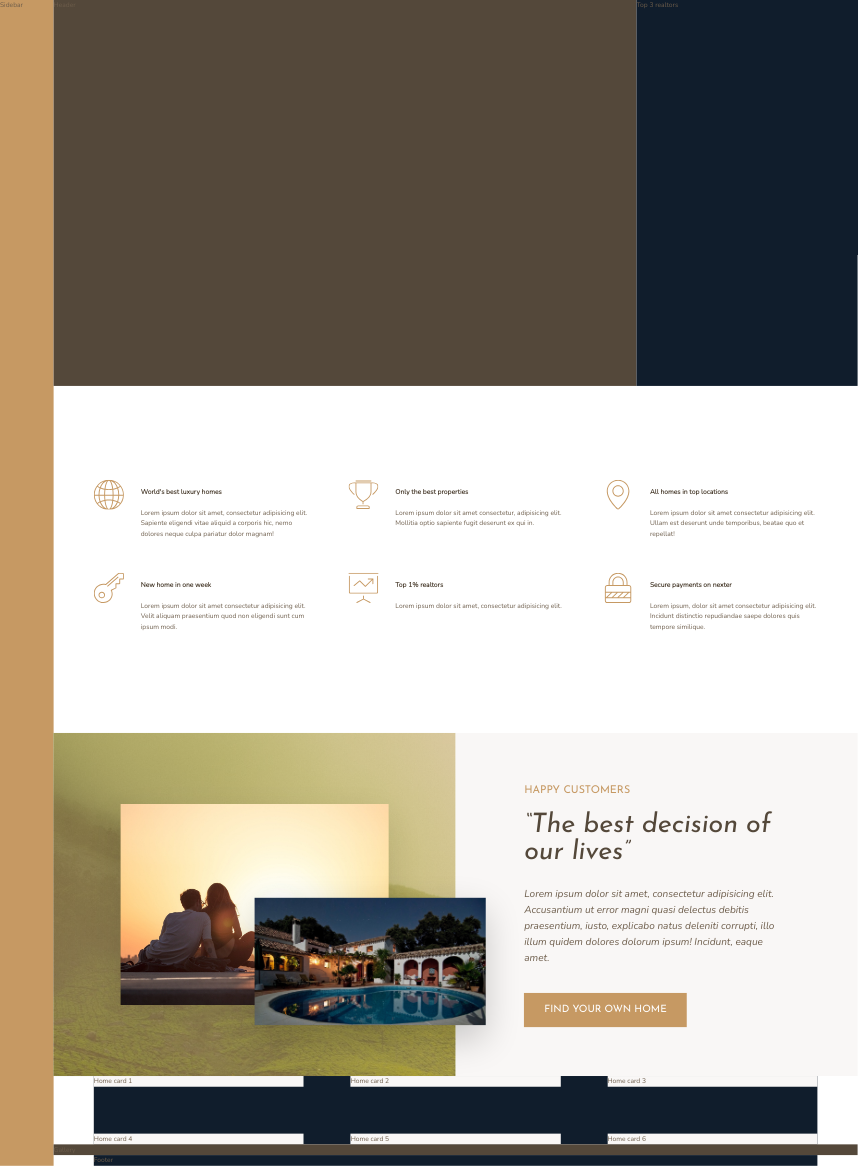
Repository: achwesiuk/nexter
Page: index.html
These files come from the project's save history. The page is drawn as it stood at one moment and after the next save; the edit follows.
The browser window is 1280 px wide. The pictures show the whole page, at 67% of full size.
The style sheet was rebuilt from its Sass, Less or Tailwind sources for each picture, by a compiler version that may differ from the author's.

Above is the page before, as saved 2021-02-23 14:09:59.

### index.html
<!DOCTYPE html>
<html lang="en">
    <head>
        <meta charset="UTF-8">
        <meta name="viewport" content="width=device-width, initial-scale=1.0">
        <meta http-equiv="X-UA-Compatible" content="ie=edge">

        <link href="https://fonts.googleapis.com/css?family=Josefin+Sans:300,400,400i|Nunito:300,300i" rel="stylesheet">
        <link rel="stylesheet" href="css/style.css">
        <link rel="shortcut icon" type="image/png" href="img/favicon.png">

        <title>nexter &mdash; your home, your freedom</title>
    </head>
    <body class="container">
        <div class="sidebar">
            Sidebar
        </div>

        <header class="header">
            Header
        </header>

        <div class="realtors">
            Top 3 realtors
        </div>

        <section class="features">
            <div class="feature">
                <svg class="feature__icon">
                    <use xlink:href="img/sprite.svg#icon-global"></use>
                </svg>
                <h4 class="heading-4--dark">World's best luxury homes</h4>
                <p class="feature-text">Lorem ipsum dolor sit amet, consectetur adipisicing elit. Sapiente eligendi vitae aliquid a corporis hic, nemo dolores neque culpa pariatur dolor magnam!</p>
            </div>
            <div class="feature">
                <svg class="feature__icon">
                    <use xlink:href="img/sprite.svg#icon-trophy"></use>
                </svg>
                <h4 class="heading-4--dark">Only the best properties</h4>
                <p class="feature-text">Lorem ipsum dolor sit amet consectetur, adipisicing elit. Mollitia optio sapiente fugit deserunt ex qui in.</p>
            </div>
            <div class="feature">
                <svg class="feature__icon">
                    <use xlink:href="img/sprite.svg#icon-map-pin"></use>
                </svg>
                <h4 class="heading-4--dark">All homes in top locations</h4>
                <p class="feature-text">Lorem ipsum dolor sit amet consectetur adipisicing elit. Ullam est deserunt unde temporibus, beatae quo et repellat!</p>
            </div>
            <div class="feature">
                <svg class="feature__icon">
                    <use xlink:href="img/sprite.svg#icon-key"></use>
                </svg>
                <h4 class="heading-4--dark">New home in one week</h4>
                <p class="feature-text">Lorem ipsum dolor sit amet consectetur adipisicing elit. Velit aliquam praesentium quod non eligendi sunt cum ipsum modi.</p>
            </div>
            <div class="feature">
                <svg class="feature__icon">
                    <use xlink:href="img/sprite.svg#icon-presentation"></use>
                </svg>
                <h4 class="heading-4--dark">Top 1% realtors</h4>
                <p class="feature-text">Lorem ipsum dolor sit amet, consectetur adipisicing elit.</p>
            </div>
            <div class="feature">
                <svg class="feature__icon">
                    <use xlink:href="img/sprite.svg#icon-lock"></use>
                </svg>
                <h4 class="heading-4--dark">Secure payments on nexter</h4>
                <p class="feature-text">Lorem ipsum, dolor sit amet consectetur adipisicing elit. Incidunt distinctio repudiandae saepe dolores quis tempore similique.</p>
            </div>
        </section>

        <div class="story__pictures">
            <img src="img/story-1.jpeg" alt="Couple with new house" class="story__img--1">
            <img src="img/story-2.jpeg" alt="New house" class="story__img--2">
        </div>

        <div class="story__content">
            <h3 class="heading-3 mb-sm">Happy Customers</h3>
            <h2 class="heading-2 heading-2--dark mb-md">&ldquo;The best decision of our lives&rdquo;</h2>
            <p class="story__text">
                Lorem ipsum dolor sit amet, consectetur adipisicing elit. Accusantium ut error magni quasi delectus debitis praesentium, iusto, explicabo natus deleniti corrupti, illo illum quidem dolores dolorum ipsum! Incidunt, eaque amet.
            </p>
            <button class="btn">Find your own home</button>
        </div>

        <section class="homes">
            <div class="home">Home card 1</div>
            <div class="home">Home card 2</div>
            <div class="home">Home card 3</div>
            <div class="home">Home card 4</div>
            <div class="home">Home card 5</div>
            <div class="home">Home card 6</div>
        </section>

        <section class="gallery">
            Gallery
        </section>

        <footer>
            Footer
        </footer>
    </body>
</html>

### sass/main.scss
@import "base";
@import "typography";

@import "sidebar";
@import "header";
@import "realtors";
@import "features";
@import "story";
@import "homes";
@import "gallery";
@import "footer";

### sass/_base.scss
// COLOR VARIABLES
$color-primary: #c69963;
$color-primary-dark: #B28451;

$color-secondary: #101d2c;

$color-grey-light-1: #f9f7f6;
$color-grey-light-2: #aaa;

$color-grey-dark-1: #54483A;
$color-grey-dark-2: #6D5D4B;

// FONT VARIABLES
$font-primary: 'Nunito', sans-serif;
$font-display: 'Josefin Sans', sans-serif;

*,
*::before,
*::after {
    margin: 0;
    padding: 0;
    -webkit-box-sizing: inherit;
            box-sizing: inherit; //dziedziczy po HTML
}

html {
    -webkit-box-sizing: border-box;
            box-sizing: border-box;
    font-size: 62.5%; // 10px / 16px = 62.5% -> 1rem = 10px
}

body {
    font-family: $font-primary;
    color: $color-grey-dark-2;
    font-weight: 300;
    line-height: 1.6;
}

.container {
    display: grid;
    grid-template-rows: 80vh min-content 40vw repeat(3, min-content); // 1.wiersz - wysokość wiersza jest wartością procentową vh; jest to siatka jawna z jednym wierszem, pozostałe elementy będą dodane w siatce niejawnej (elementy, które nie mają miejsca w siatce jawnej)
    // 2. wiersz - wysokość wiersza uzależniona od zawartej w nim treści
    // 2. auto - domyślne, jeżeli nic nie będzie określone; również dopasowuje się do treści
    // 3. wiersz - wiersz uzależniony od szerokości układu (podczas zmiany szerokości widoku zmieniają się wymiary wiersza - zwęża się, rośnie)
    // 4, 5, 6 - wysokość wiersza uzależnione od jego zawartości
    grid-template-columns: [sidebar-start] 8rem [sidebar-end full-start] minmax(6rem, 1fr) [center-start] repeat(8, [col-start] minmax(min-content, 14rem) [col-end]) [center-end] minmax(6rem, 1fr) [full-end];
}

### sass/_typography.scss
%heading { //extended działa przeciwnie do mixin; selektory (heading-1 etc.) są kopiowane to selektora na górze
    font-family: $font-display;
    font-weight: 400;
}

.heading-1 {
    @extend %heading;
}

.heading-2 {
    @extend %heading;
    font-size: 4rem;
    font-style: italic;
    line-height: 1;

    &--light {color: $color-grey-light-1;}
    &--dark {color: $color-grey-dark-1;}
}

.heading-3 {
    @extend %heading;
    font-size: 1.6rem;
    color: $color-primary;
    text-transform: uppercase;
}

.heading-4 {
    @extend %heading;
    font-size: 1.9rem;

    &--light {color: $color-grey-light-1;}
    &--dark {color: $color-grey-dark-1;}
}

.btn {
    background-color: $color-primary;
    color: #fff;
    border: none;
    border-radius: 0; //z założenia przyciski mają ustawiony jakiś kąt
    font-family: $font-display;
    font-size: 1.5rem;
    text-transform: uppercase;
    padding: 1.8rem 3rem;
    cursor: pointer;

    transition: all .2s;

    &:hover {
        background-color: $color-primary-dark;
    }
}

.mb-sm {margin-bottom: 2rem;}
.mb-md {margin-bottom: 3rem;}
.mb-lg {margin-bottom: 4rem;}
.mb-hg {margin-bottom: 8rem;}

### sass/_sidebar.scss
.sidebar {
    background-color: $color-primary;
    grid-column: sidebar-start / sidebar-end;
    grid-row: 1 / -1;
}

### sass/_header.scss
.header {
    background-color: $color-grey-dark-1;
    grid-column: full-start / col-end 6;
}

### sass/_realtors.scss
.realtors {
    background-color: $color-secondary;
    grid-column: col-start 7 / full-end;
}

### sass/_features.scss
.features {
    grid-column: center-start / center-end;

    margin: 15rem 0;

    display: grid;
    //grid-template-columns: repeat(3, 1fr);
    grid-template-columns: repeat(auto-fit, minmax(25rem, 1fr));
    //grid-template-rows: auto auto; niepotrzebne, ponieważ wiersze i tak układają się w ten sposób
    grid-gap: 6rem;
    align-items: start;
}

.feature {

    display: grid;
    grid-template-columns: min-content 1fr; //min-content odnosi się do wymiarów ikony
    //nie trzeba określać wierszy, mają mieć wielkość zawartej w nich treści
    grid-row-gap: 1.5rem;
    grid-column-gap: 2.5rem;

    &__icon {
        fill: $color-primary;
        width: 4.5rem;
        height: 4.5rem;
        transform: translateY(-1rem);

        //grid-row: 1 / -1; // -1 oznacza koniec JAWNEJ SIATKI, a tutaj jest niejawna
        grid-row: -1 / span 2;
    }

    &__text {
        font-size: 1.7rem;
    }
}

### sass/_story.scss
.story {

    &__pictures {
        background-color: $color-primary;
        grid-column: full-start / col-end 4;
        background-image: linear-gradient(rgba($color-primary, .5), rgba($color-primary, .5)),  url(../img/back.jpg); //używam dwóch takich samych kolorów - kolor przechodzi z jednego koloru na drugi

        display: grid;
        grid-template-rows: repeat(6, 1fr);
        grid-template-columns: repeat(6, 1fr);

        align-items: center;
    }

    &__img--1 {
        width: 100%;
        grid-row: 2 / 6;
        grid-column: 2 / 6;
        box-shadow: 0 2rem 5rem rgba(#000, .1);
    }

    &__img--2 {
        width: 115%;
        grid-row: 4 / 6;
        grid-column: 4 / 7;
        z-index: 20;
        box-shadow: 0 2rem 5rem rgba(#000, .2);
    }

    &__content {
        background-color: $color-grey-light-1;
        grid-column: col-start 5 / full-end;

        padding: 6rem 8vw;

        /*
        display: flex;
        flex-direction: column;
        justify-content: center;
        align-items: flex-start;
        */

        display: grid;
        align-content: center;
        justify-items: start;
    }

    &__text {
        font-size: 1.5rem;
        font-style: italic;
        margin-bottom: 4rem;
    }
}

### sass/_homes.scss
.homes {
    background-color: $color-secondary;
    grid-column: center-start / center-end;

    display: grid;
    grid-template-columns: repeat(auto-fit,minmax(25rem, 1fr));
    grid-gap: 7rem;
}

.home {
    background-color: $color-grey-light-1;
}

### sass/_gallery.scss
.gallery {
    background-color: $color-grey-dark-1;
    grid-column: full-start / full-end;
}

### sass/_footer.scss
footer {
    background-color: $color-secondary;
    grid-column: center-start / center-end;
}

After the next save:
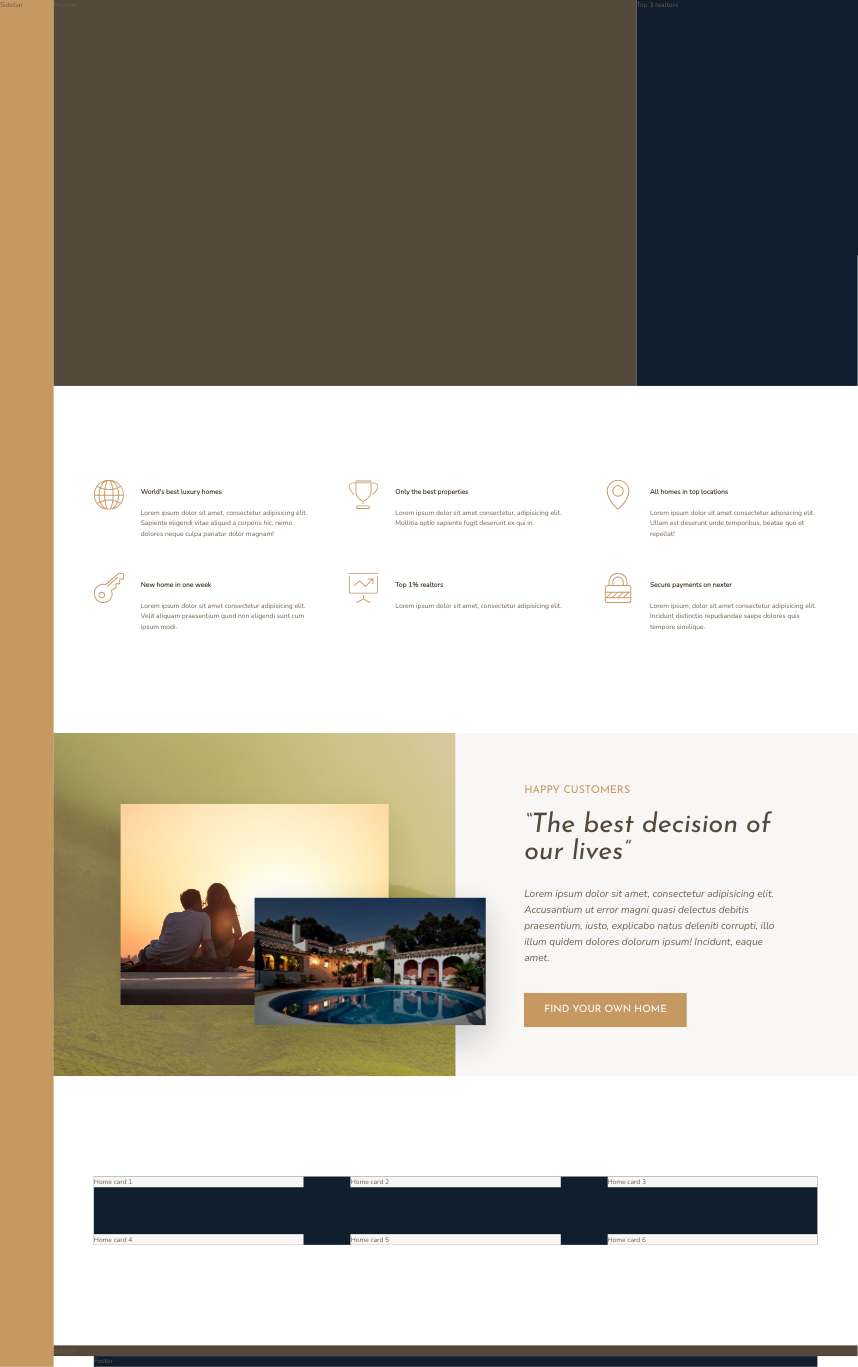
Saved 25 s later.
--- a/sass/_homes.scss
+++ b/sass/_homes.scss
@@ -1,6 +1,7 @@
 .homes {
     background-color: $color-secondary;
     grid-column: center-start / center-end;
+    margin: 15rem 0;
 
     display: grid;
     grid-template-columns: repeat(auto-fit,minmax(25rem, 1fr));
